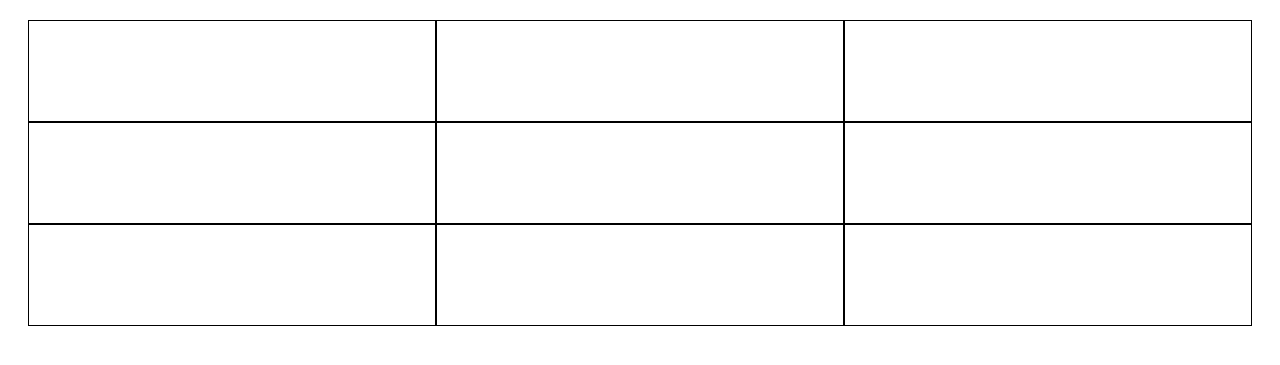
Repository: khalifalmahmud0/React__Tic-Tac-Toe
Page: /
These files come from the project's save history. The page is drawn as it stood at one moment and after the next save; the edit follows.
The browser window is 1280 px wide. The pictures show the whole page.
The project was rebuilt for these pictures with package versions that can differ from the ones it lists, and the page was loaded fresh each time. Also part of the build but not shown: vite.config.js, src/App.css, src/assets/css/index.css.

Above is the page before, as saved 2023-06-06 23:08:46.

After the next save:
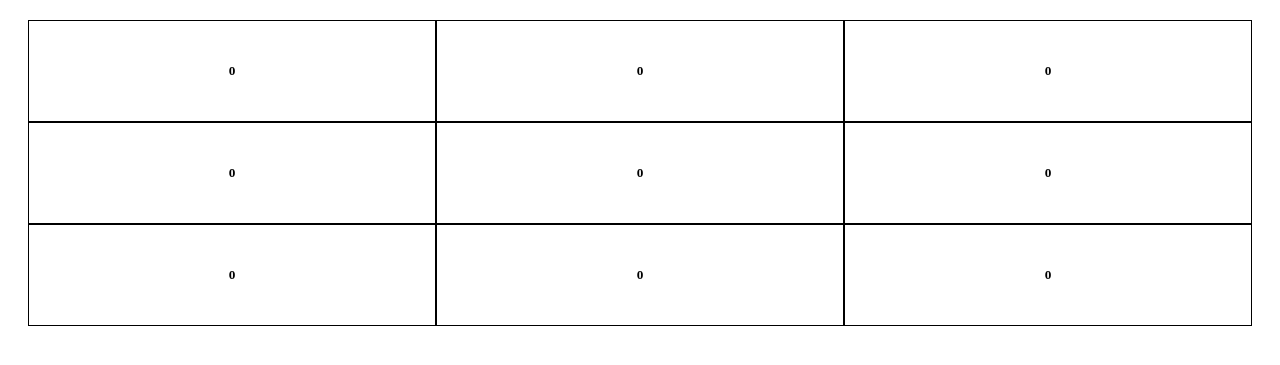
Saved 11 s later.
--- a/src/components/Board/Board.jsx
+++ b/src/components/Board/Board.jsx
@@ -2,7 +2,7 @@
 import Box from "../Box/Box";
 import "./Board.css";
 export default function Board() {
-	const [state, setState] = useState(Array(9).fill(null));
+	const [state, setState] = useState(Array(9).fill(0));
 	return (
 		<>
 			<div className="board-container">
